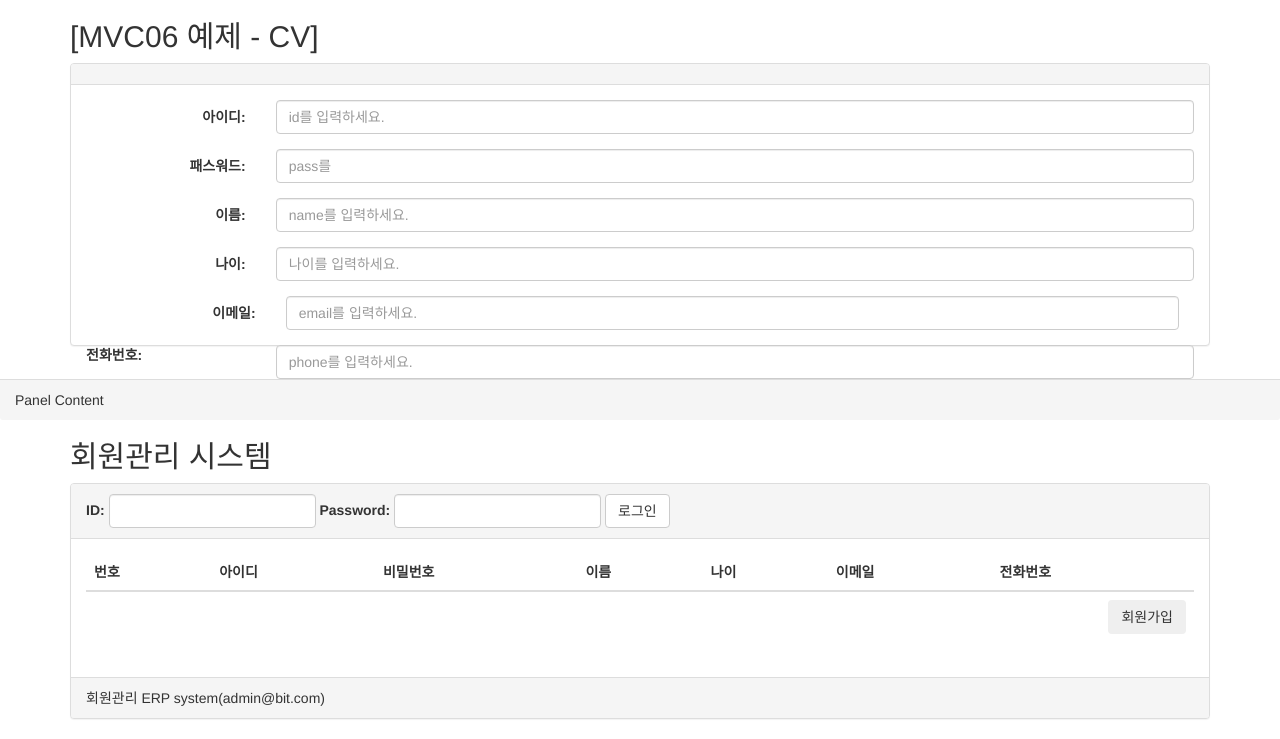
Repository: yhb131618/JAVA_WEB_PROJECT
Page: http://localhost/MVC06/WEB-INF/member/memberlist.jsp
The author's editor kept a copy of each file at every save. The page is drawn from the files as they stood at one save, then again after the next save.
The browser window is 1280 px wide. The pictures show the whole page.
Some web libraries are served in a nearby version. The page is served by Tomcat 9. Nobody is signed in. The template is opened directly, without the code that normally fills it, so the values that code supplies are empty.

Above is the page before, as saved 2023-12-27 06:01:53.

After the next save:
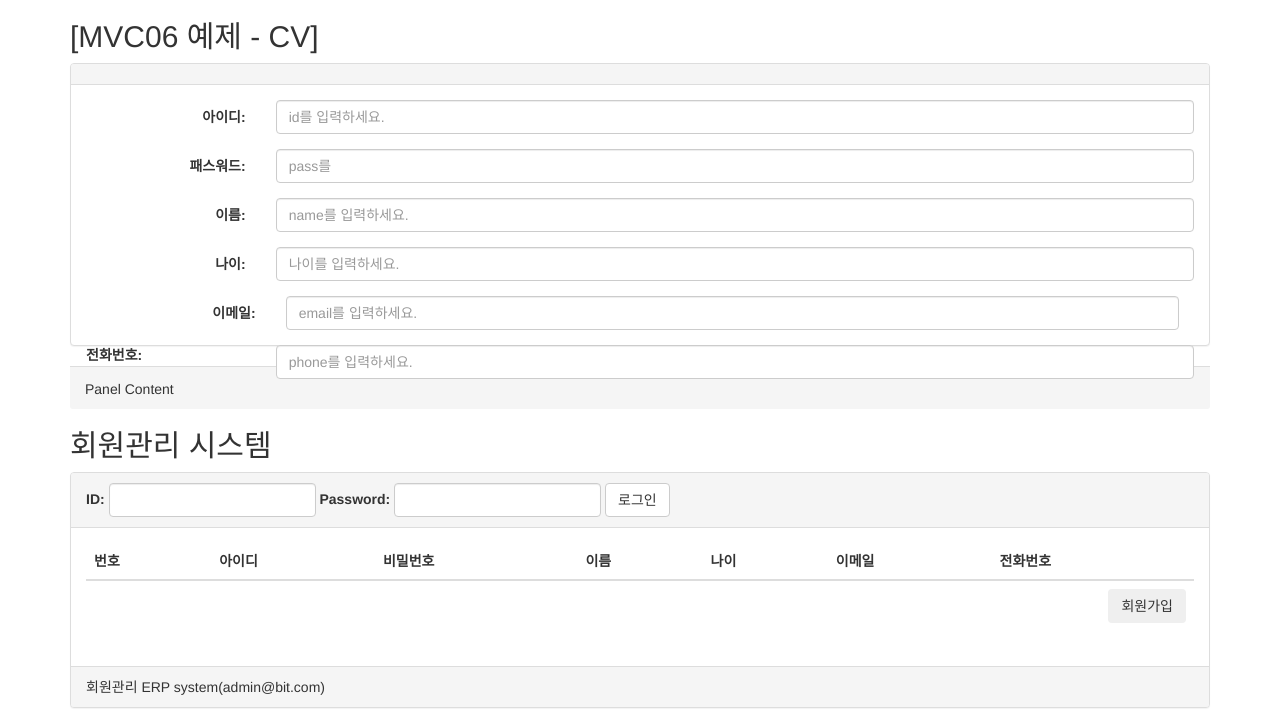
Saved 18 s later.
--- a/MVC06/WebContent/WEB-INF/member/memberlist.jsp
+++ b/MVC06/WebContent/WEB-INF/member/memberlist.jsp
@@ -101,10 +101,9 @@
 
 
 
-
 		</form>
 
-	  </div>
+
 	</div>
     <div class="panel-footer">Panel Content</div>
 
